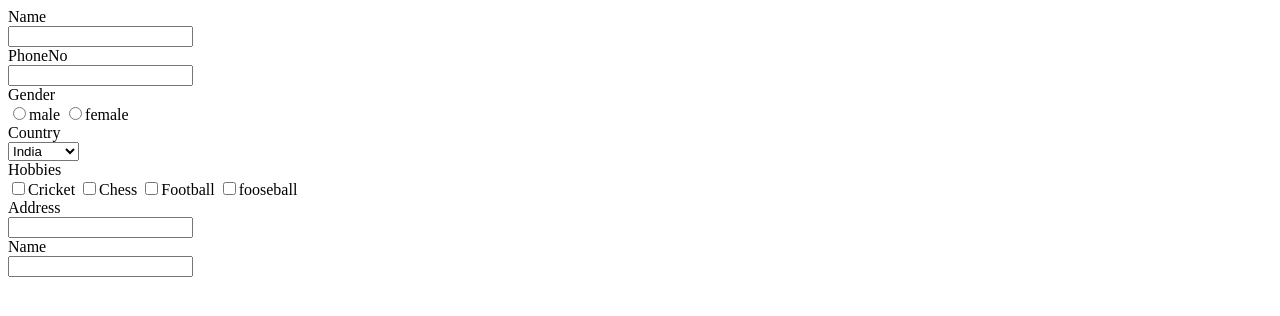
Repository: mnarendra333/batch21_WE
Page: RegApp/WebContent/index.html
The author's editor kept a copy of each file at every save. The page is drawn from the files as they stood at one save, then again after the next save.
The browser window is 1280 px wide. The pictures show the whole page.

Above is the page before, as saved 2019-02-10 07:03:50.

### RegApp/WebContent/index.html
<!DOCTYPE html>
<html>
<head>
<meta charset="ISO-8859-1">
<title>Insert title here</title>
</head>
<body>



	<div>


		<div>
			<div>Name</div>
			<div><input type="text" name="uname"></div>
		</div>
		<div>
			<div>PhoneNo</div>
			<div><input type="number" name="phno"></div>
		</div>
		<div>
			<div>Gender</div>
			<div><input type="radio" name="gender" value="male">male
				 <input type="radio" name="gender" value="female">female
		</div>
		<div>
			<div>Country</div>
			<div>
				<select name="country">
					<option>India</option>
					<option>China</option>
					<option>Aus</option>
					<option>WI</option>
					<option>Srilanka</option>

				</select>
			</div>
		</div>
		<div>
			<div>Hobbies</div>
			<div>
				<input type="checkbox" name="hobbies" value="Cricket">Cricket
				<input type="checkbox" name="hobbies" value="Chess">Chess
				<input type="checkbox" name="hobbies" value="Football">Football
				<input type="checkbox" name="hobbies" value="fooseball">fooseball

			</div>
		</div>
		<div>
			<div>Address</div>
			<div><input type="text" name="uname"></div>
		</div>
		<div>
			<div>Name</div>
			<div><input type="text" name="uname"></div>
		</div>


	</div>

</body>
</html>

After the next save:
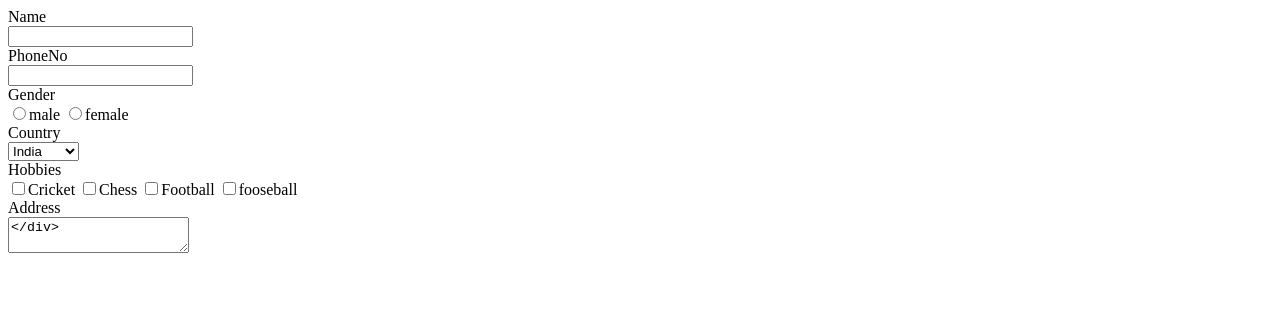
Saved 7 s later.
--- a/RegApp/WebContent/index.html
+++ b/RegApp/WebContent/index.html
@@ -49,7 +49,7 @@
 		</div>
 		<div>
 			<div>Address</div>
-			<div><input type="text" name="uname"></div>
+			<div><textarea type="text" name="uname"></div>
 		</div>
 		<div>
 			<div>Name</div>
